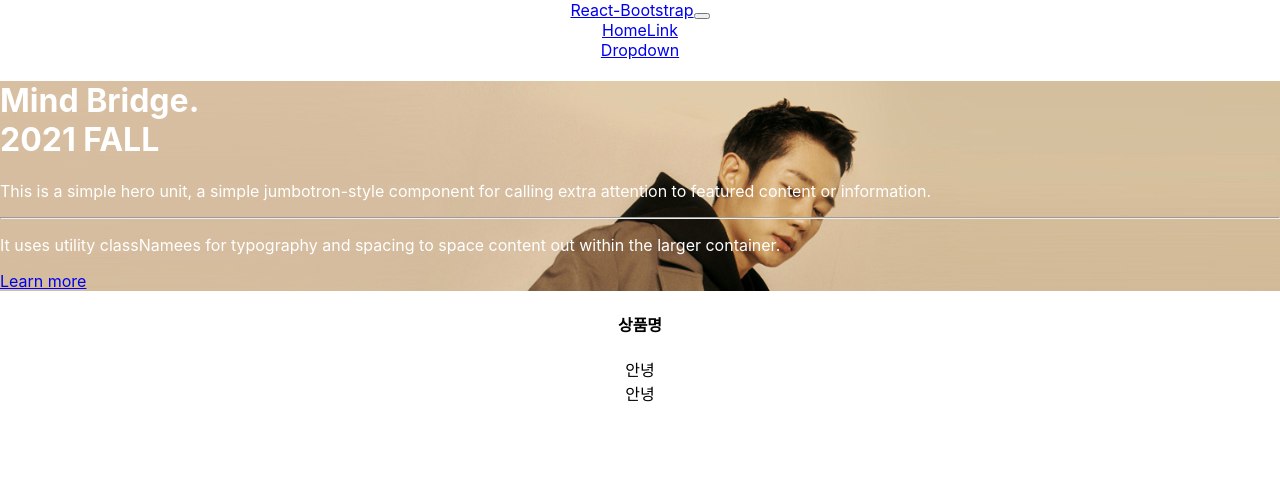
Repository: eunsuneun/react-shop
Page: /
The author's editor kept a copy of each file at every save. The page is drawn from the files as they stood at one save, then again after a run of saves.
The browser window is 1280 px wide. The pictures show the whole page.
The project was rebuilt for these pictures with package versions that can differ from the ones it lists, and the page was loaded fresh each time.

Above is the page before, as saved 2021-08-25 20:28:56.

After the next 2 saves:
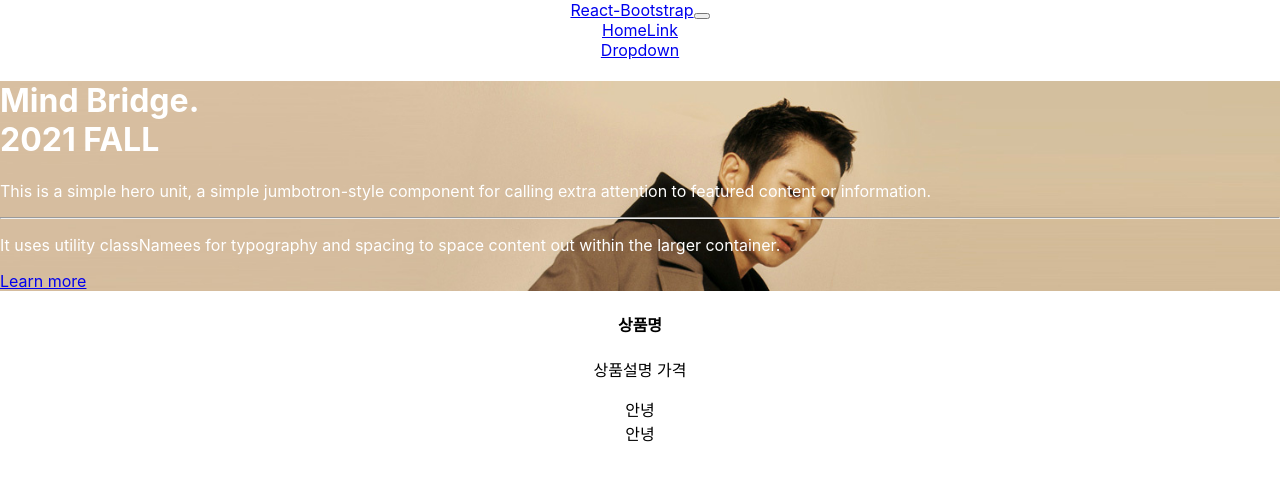
The 2 saves are shown as one change because they came seconds apart.
The last was saved 8 s later.
--- a/src/App.js
+++ b/src/App.js
@@ -53,7 +53,7 @@ function App() {
         <div className='row'>
           <div className='col-md-4'>
             <h4>상품명</h4>
-
+            <p>상품설명 가격</p>
           </div>
           <div className='col-md-4'>안녕</div>
           <div className='col-md-4'>안녕</div>
